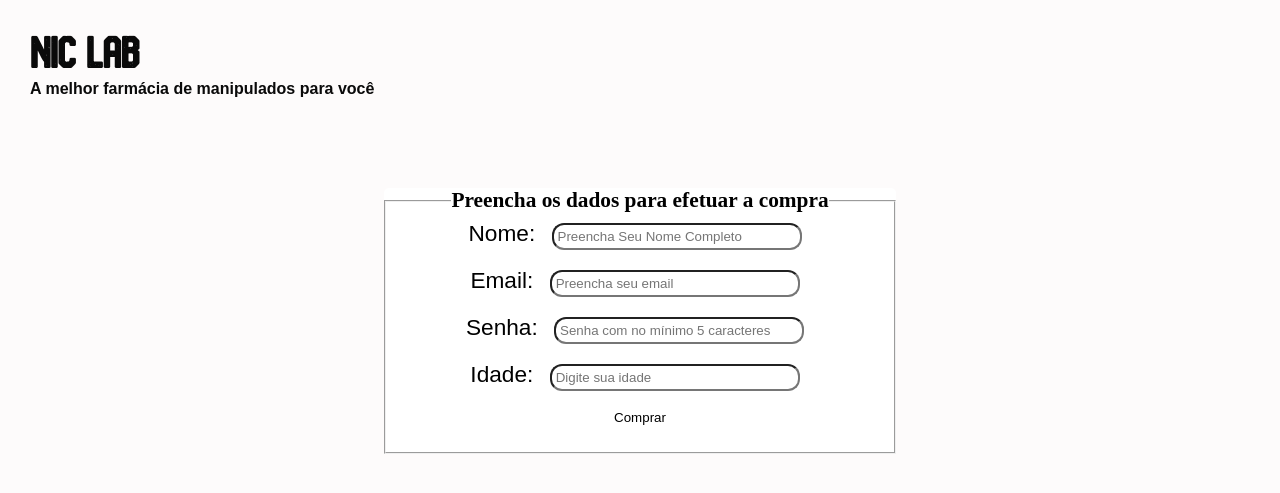
Repository: Leonngc/Lab
Page: comprar.html
An editor plug-in stored every save of this project. The page is shown before and after the next save, followed by the edit.
The browser window is 1280 px wide. The pictures show the whole page.

Above is the page before, as saved 2022-12-30 12:40:43.

### comprar.html
<!DOCTYPE html>
<html lang="en">
<head>
    <meta charset="UTF-8">
    <meta http-equiv="X-UA-Compatible" content="IE=edge">
    <meta name="viewport" content="width=device-width, initial-scale=1.0">
    <title>Nic Lab</title>
    <link rel="stylesheet" href="styles/pag-compra.css">
</head>
<body>
    <header id="tit">
        <h1 id="main">NIC LAB</h1>
        <h4 id="sub">A melhor farmácia de manipulados para você</h4>
    </header>
 <div id="formu">

     <form action="js/compra.js" method="post">
         <fieldset>
            <legend><h4>Preencha os dados para efetuar a compra</h4></legend>
            <label for="nome">Nome: </label> <input id="nome" type="text" class="dados" required autocomplete="name" minlength="3" placeholder="Preencha seu nome completo"> <br>
            <label for="email">Email</label>: <input type="email" name="" id="email" class="dados" required autocomplete="email" placeholder="Preencha seu email"> <br>
            <label for="senha">Senha:</label> <input type="password" name="" id="senha" class="dados" required placeholder="Senha com no mínimo 5 caracteres"minlength="5" maxlength="10"> <br>
            <label for="idade">Idade:</label> <input type="number" name="idade" id="idade" class="dados" required maxlength="2" placeholder="Digite sua idade"> <br>
            <input type="submit" value="Comprar" id="compra" onclick="comprar()">
         </fieldset>

     </form>
 </div>
<script src="compra.js"></script>
</body>
</html>

### styles/pag-compra.css
@font-face {
    font-family: Safety;
    src: url(../fonts/No\ Safety\ Zone.ttf);
}

*{
    margin: 0;
    padding: 0;
    box-sizing: border-box;
}

header#tit{
    margin-left: 30px;
    margin-top: 30px;
    color: #0a0a0a;


}
h1{
    font-family: Safety;
    font-size: 32pt ;
}
h4#sub{
    font-family:Arial, Helvetica, sans-serif;
    font-size: 12pt;
}
h2#tit2{
    text-align: center;
    font-family: cursive;
}
body{
    background-color: #fdfbfb;
}

div#formu{
    background-color: #ffffff;
    font-size: 17pt;
    font-family: Arial, Helvetica, sans-serif;
    text-align: justify;
    margin: auto;
    margin-top: 90px;
    width: 40%;
    border-radius: 5px;

}
legend{
    font-size: 16pt;
    font-family: cursive;
}
 form{
    text-align: center;
 }

#compra{
    background-color: #ffffff;
    border: 2px rgb(255, 255, 255) solid;
    border-radius: 20px;
    padding: 5px;
    width: 100px;
    margin: auto;
    margin-bottom: 20px;
}

input#nome{
    text-transform: capitalize;
}

.dados{
    border-radius: 12px;
    width: 250px;
    padding: 4px;
    margin: 10px;
}

### js/compra.js
function comprar(){
    let nome = document.getElementById('nome').value
    let idade = document.getElementById('idade').value
   if(idade < 18){
    alert('Infelizmente você não pode efetuar sua compra, pois você é menor de idade!')
   }else{
    window.location.href = "confirm.html"
    let res = document.getElementById('res')
    res.innerHTML = `${nome}, sua compra foi confirmada. agradecemos por confiar na <strong>Nic Lab</strong>`
}
}

After the next save:
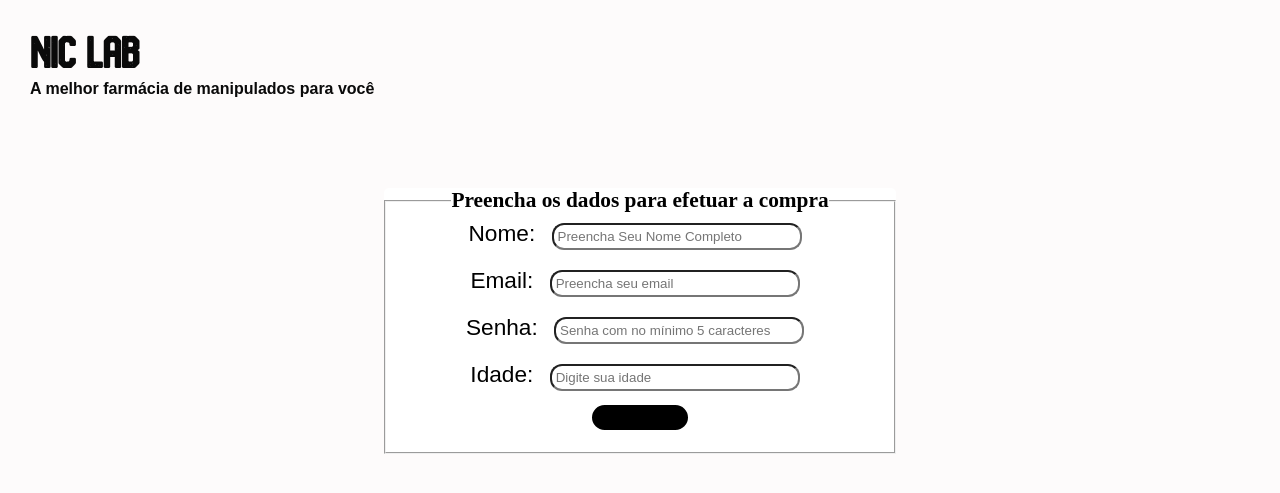
Saved 4 s later.
--- a/styles/pag-compra.css
+++ b/styles/pag-compra.css
@@ -52,7 +52,7 @@ legend{
  }
 
 #compra{
-    background-color: #ffffff;
+    background-color: #000000;
     border: 2px rgb(255, 255, 255) solid;
     border-radius: 20px;
     padding: 5px;
